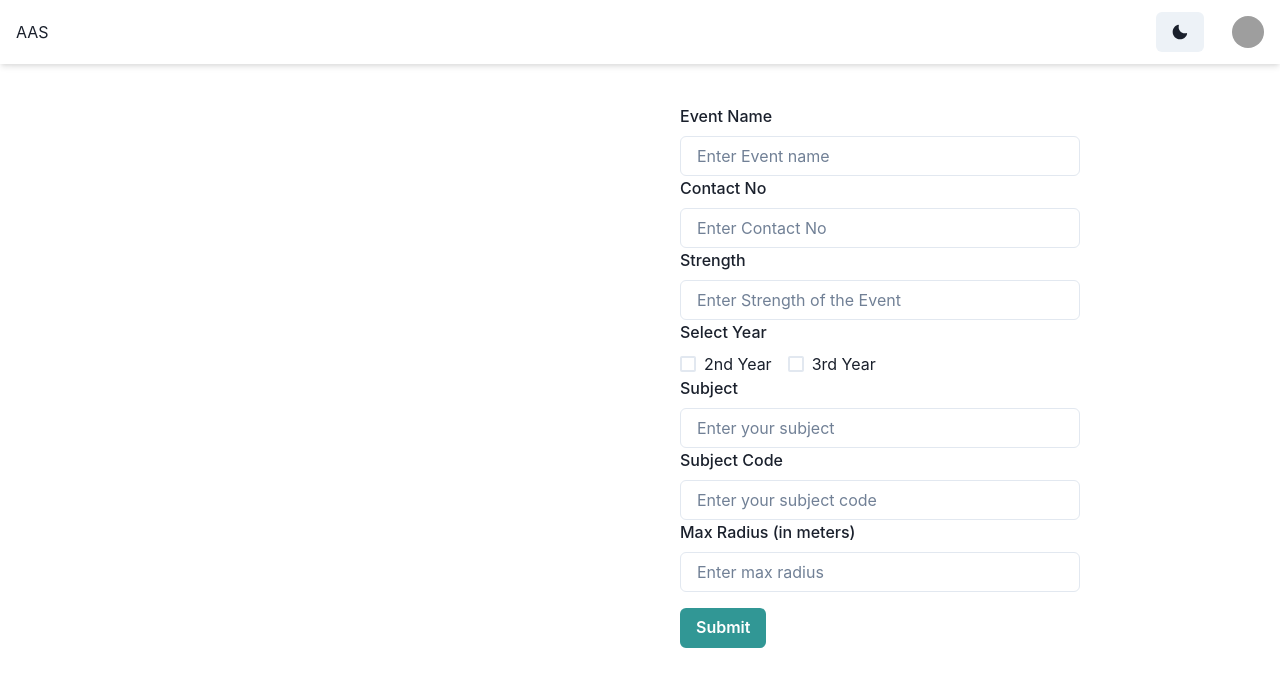
Repository: shash0708/attendence
Page: /form
These files come from the project's save history. The page is drawn as it stood at one moment and after the next save; the edit follows.
The browser window is 1280 px wide. The pictures show the whole page.
Pictures or frames that could not be fetched are drawn as grey boxes. The project was rebuilt for these pictures with package versions that can differ from the ones it lists, and the page was loaded fresh each time. Also part of the build but not shown: src/App.css, src/components/Button/Button.component.jsx, src/components/Login/Login.component.jsx, src/components/homeProp/HomeProp.styles.scss, src/components/homeProp/HomeProp.component.jsx, src/routes/Home/Home.styles.scss, src/routes/Home/Home.component.jsx, src/components/Signup/Signup.component.jsx and 1 more.

Above is the page before, as saved 2024-04-23 19:07:28.

After the next save:
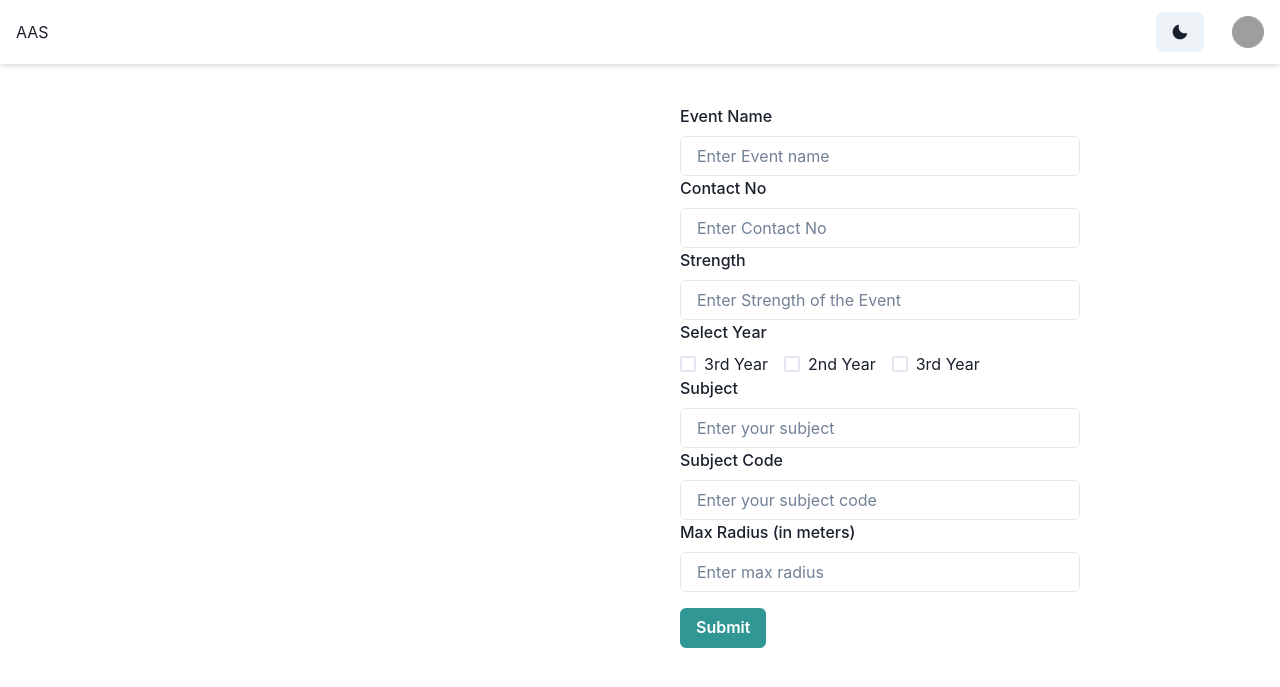
Saved 32 s later.
--- a/src/components/Form/From.component.jsx
+++ b/src/components/Form/From.component.jsx
@@ -88,6 +88,7 @@ export default function Form() {
     <FormLabel htmlFor='section'>Select Year</FormLabel>
     <CheckboxGroup>
       <HStack spacing={4}>
+      <Checkbox value='3rd' {...register('section')} >3rd Year</Checkbox>
         <Checkbox value='2nd' {...register('section')} >2nd Year</Checkbox>
         <Checkbox value='3rd' {...register('section')} >3rd Year</Checkbox>
       </HStack>
